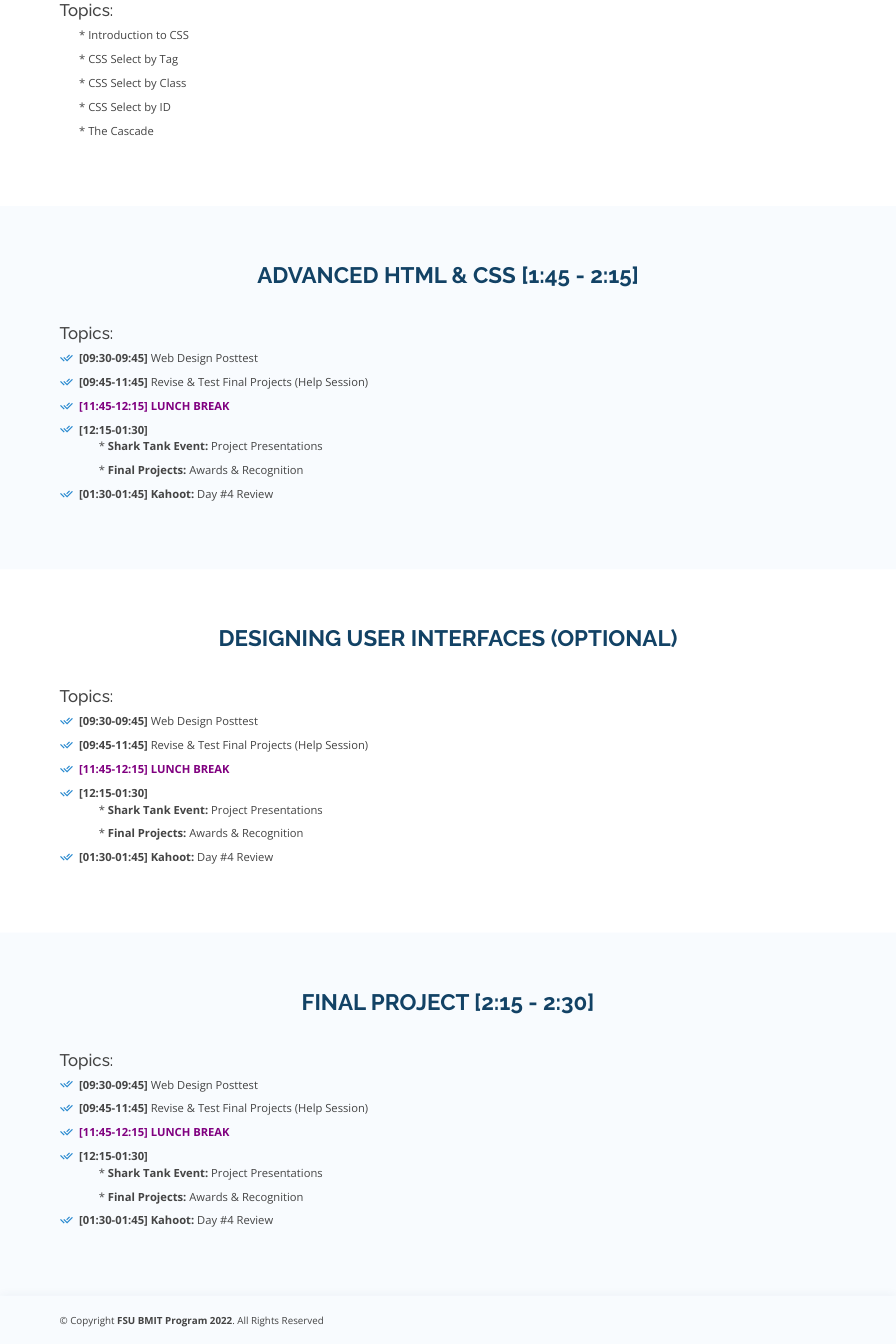
Repository: cchatmon/BMIT-Program
Page: BMIT_OnePage/index.html
The author's editor kept a record of every edit. The page is drawn from the files as they stood at one moment, then again after the next edit.
The browser window is 1280 px wide. The pictures show the part of the page from y = 1706 to 3626 px (the page is 3626 px tall before and 3568 px after), at 70% of full size.
Backgrounds fixed to the window are drawn as part of the page.

Above is the page before.

### BMIT_OnePage/index.html
<!DOCTYPE html>
<html lang="en">

<head>
  <meta charset="utf-8">
  <meta content="width=device-width, initial-scale=1.0" name="viewport">

  <title>FSU BMIT Program</title>
  <meta content="" name="descriptison">
  <meta content="" name="keywords">

  <!-- Favicons -->
  <link href="assets/img/favicon.png" rel="icon">
  <link href="assets/img/apple-touch-icon.png" rel="apple-touch-icon">

  <!-- Google Fonts -->
  <link href="https://fonts.googleapis.com/css?family=Open+Sans:300,300i,400,400i,600,600i,700,700i|Raleway:300,300i,400,400i,500,500i,600,600i,700,700i|Poppins:300,300i,400,400i,500,500i,600,600i,700,700i" rel="stylesheet">

  <!-- Vendor CSS Files -->
  <link href="assets/vendor/bootstrap/css/bootstrap.min.css" rel="stylesheet">
  <link href="assets/vendor/icofont/icofont.min.css" rel="stylesheet">
  <link href="assets/vendor/boxicons/css/boxicons.min.css" rel="stylesheet">
  <link href="assets/vendor/remixicon/remixicon.css" rel="stylesheet">
  <link href="assets/vendor/venobox/venobox.css" rel="stylesheet">
  <link href="assets/vendor/owl.carousel/assets/owl.carousel.min.css" rel="stylesheet">
  <link href="assets/vendor/aos/aos.css" rel="stylesheet">

  <!-- Template Main CSS File -->
  <link href="assets/css/style.css" rel="stylesheet">

  <!-- =======================================================
  * Template Name: OnePage - v2.0.0
  * Template URL: https://bootstrapmade.com/onepage-multipurpose-bootstrap-template/
  * Author: BootstrapMade.com
  * License: https://bootstrapmade.com/license/
  ======================================================== -->
</head>

<body>

  <!-- ======= Header ======= -->
  <header id="header" class="fixed-top">
    <div class="container d-flex align-items-center">

      <h1 class="logo mr-auto"><a href="index.html">FSU BMIT Program</a></h1>
      <!-- Uncomment below if you prefer to use an image logo -->
      <!-- <a href="index.html" class="logo mr-auto"><img src="assets/img/logo.png" alt="" class="img-fluid"></a>-->

      <nav class="nav-menu d-none d-lg-block">
        <ul>
          <li><a href="#getStarted">Getting Started</a></li>
          <li><a href="#htmlStructure">HTML - Structuring Websites</a></li>
          <li><a href="#cssStyling">CSS - Styling Websites</a></li>
          <li><a href="#advanceHTML">Advance HTML & CSS</a></li>
          <li><a href="#userInterface">Designing User Interfaces</a></li>
          <li><a href="#finalProject">Final Project</a></li>
        </ul>
      </nav><!-- .nav-menu -->
    </div>
  </header><!-- End Header -->

  <!-- ======= Hero Section ======= -->
  <section id="hero" class="d-flex align-items-center">
    <div class="container position-relative" data-aos="fade-up" data-aos-delay="100">
      <div class="row justify-content-center">
        <div class="col-xl-7 col-lg-9 text-center">
          <h1>BMIT Web Design Training</h1>
          <h2>Instructor:  Christy Chatmon</h2>
        </div>
      </div>
      </div>
  </section><!-- End Hero -->

  <main id="main">

    <!-- ======= Get Started ======= -->
    <section id="getStarted" class="about">
      <div class="container" data-aos="fade-up">

        <div class="section-title">
          <h2>Getting Started [11:45 - 12:15]</h2>
          <p>Getting Started & Structuring Websites using HTML </p>
        </div>

        <div class="row content">
          <div class="col-lg-12">
            <p>In today's world, web pages are the most common medium for sharing ideas and information.  Learning to design websites is an incredibly useful skill for any career path. The CodeHS Web Design course is a project-based course that teaches students how to build their own web pages. Students will learn the languages HTML and CSS, and will create their own live homepages to serve as portfolios of their creations. By the end of this session, students will be able to explain how web pages are developed and viewed on the Internet,analyze and fix errors in existing websites, and create their very own multi-page websites.  Students will learn the foundations of user interface design, rapid prototyping and user testing,and will work to create professional, mobile responsive websites.
            </p>
            <ul>
              <li><i class="ri-check-double-line"></i>introductions & CodeHS
                  <ul>
                    <li>* <a href="https://codehs.com/go/6C265"><u>Click to go to CodeHS</u></a></li>
                    <li>* Use the following code to join the class:  <b style="color:red;">6C265</b></li>
                    <li>* Web Development Resources:
                          <ul>
                            <li><a href="https://www.w3schools.com/">-- <u>w3schools Online Web Tutorials</u></a></li>
                            <li><a href="https://www.tutorialspoint.com/html/index.htm">-- <u>Tutorialspoint</u></a></li>
                            <li><a href="https://html.com/">-- <u>Learn HTML Code, Tags & CSS</u></a></li>
                          </ul>
                    </li>
                  </ul>
              </li>

              <li><i class="ri-check-double-line"></i><b>[12:15-12:30]</b> Web Design Pretest (15 questions)</li>


            </ul>
          </div>
        </div>
      </div>
    </section>    <!-- =======END Get Started ======= -->


    <!-- ======= HTML Structure ======= -->
    <section id="htmlStructure" class="services section-bg">
      <div class="container" data-aos="fade-up">

        <div class="section-title">
          <h2>HTML - Structuring Websites [12:15 - 1:00]</h2>
        </div>


        <div class="row content">
          <div class="col-lg-12">

            <h4>Topics:</h4>
            <ul>
                  <ul>
                    <li>* Introduction to HTML </li>
                    <li>* Structure of an HTML page </li>
                    <li>* Formatting Text </li>
                    <li>* Links </li>
                    <li>* Images </li>
                    <li>* Copyright </li>
                    <li>* HTML Lists </li>
                    <li>* HTML Styling </li>
                  </ul>
                </li>
            </ul>
          </div>
        </div>
      </div>
    </section>    <!-- ======= END HTML Structure ======= -->

    <!-- ======= CSS Styling ======= -->
    <section id="cssStyling" class="portfolio">
      <div class="container" data-aos="fade-up">

        <div class="section-title">
          <h2>CSS - Styling Websites [1:00 - 1:45]</h2>
        </div>


        <div class="row content">
          <div class="col-lg-12">

           <h4>Topics:</h4>
            <ul>
                  <ul>
                    <li>* Introduction to CSS</li>
                    <li>* CSS Select by Tag</li>
                    <li>* CSS Select by Class</li>
                    <li>* CSS Select by ID</li>
                    <li>* The Cascade</li>
                  </ul>

            </ul>
          </div>
        </div>
      </div>
    </section>    <!-- ======= END CSS Styling ======= -->

    <!-- ======= Advance HTML & CSS ======= -->
    <section id="advanceHTML" class="team section-bg">
      <div class="container" data-aos="fade-up">

        <div class="section-title">
          <h2>Advanced HTML & CSS [1:45 - 2:15]</h2>
        </div>


        <div class="row content">
          <div class="col-lg-12">

            <h4>Topics:</h4>

            <ul>
               <li><i class="ri-check-double-line"></i><b>[09:30-09:45]</b> Web Design Posttest</li>

              <li><i class="ri-check-double-line"></i><b>[09:45-11:45]</b> Revise & Test Final Projects (Help Session)
                </li>
                <li><i class="ri-check-double-line"></i><b style="color:purple;">[11:45-12:15]  LUNCH BREAK </b>
                </li>
                <li><i class="ri-check-double-line"></i><b>[12:15-01:30]</b>
                <ul>
                    <li>*  <b>Shark Tank Event:</b>  Project Presentations  </li>

                    <li>*  <b>Final Projects:  </b>Awards & Recognition  </li>
                  </ul>
              </li>
                <li><i class="ri-check-double-line"></i><b>[01:30-01:45]  Kahoot:</b>  Day #4 Review
              </li>

            </ul>
          </div>
        </div>
      </div>
    </section>    <!-- ======= END Advance HTML & CSS ======= -->

        <!-- ======= Designing User Interfaces ======= -->
    <section id="userInterface" class="about">
      <div class="container" data-aos="fade-up">

        <div class="section-title">
          <h2>Designing User Interfaces (Optional)</h2>
        </div>


        <div class="row content">
          <div class="col-lg-12">

            <h4>Topics:</h4>

            <ul>
               <li><i class="ri-check-double-line"></i><b>[09:30-09:45]</b> Web Design Posttest</li>

              <li><i class="ri-check-double-line"></i><b>[09:45-11:45]</b> Revise & Test Final Projects (Help Session)
                </li>
                <li><i class="ri-check-double-line"></i><b style="color:purple;">[11:45-12:15]  LUNCH BREAK </b>
                </li>
                <li><i class="ri-check-double-line"></i><b>[12:15-01:30]</b>
                <ul>
                    <li>*  <b>Shark Tank Event:</b>  Project Presentations  </li>

                    <li>*  <b>Final Projects:  </b>Awards & Recognition  </li>
                  </ul>
              </li>
                <li><i class="ri-check-double-line"></i><b>[01:30-01:45]  Kahoot:</b>  Day #4 Review
              </li>

            </ul>
          </div>
        </div>
      </div>
    </section><!-- ======= END Designing User Interfaces ======= -->

    <!-- ======= Final Project ======= -->
    <section id="finalProject" class="team section-bg">
      <div class="container" data-aos="fade-up">

        <div class="section-title">
          <h2>Final Project [2:15 - 2:30]</h2>
        </div>


        <div class="row content">
          <div class="col-lg-12">

           <h4>Topics:</h4>

            <ul>
               <li><i class="ri-check-double-line"></i><b>[09:30-09:45]</b> Web Design Posttest</li>

              <li><i class="ri-check-double-line"></i><b>[09:45-11:45]</b> Revise & Test Final Projects (Help Session)
                </li>
                <li><i class="ri-check-double-line"></i><b style="color:purple;">[11:45-12:15]  LUNCH BREAK </b>
                </li>
                <li><i class="ri-check-double-line"></i><b>[12:15-01:30]</b>
                <ul>
                    <li>*  <b>Shark Tank Event:</b>  Project Presentations  </li>

                    <li>*  <b>Final Projects:  </b>Awards & Recognition  </li>
                  </ul>
              </li>
                <li><i class="ri-check-double-line"></i><b>[01:30-01:45]  Kahoot:</b>  Day #4 Review
              </li>

            </ul>
          </div>
        </div>
      </div>
    </section> <!-- ======= END Final Project ======= -->


  </main><!-- End #main -->

  <!-- ======= Footer ======= -->
  <footer id="footer">

    <div class="container d-md-flex py-4">

      <div class="mr-md-auto text-center text-md-left">
        <div class="copyright">
          &copy; Copyright <strong><span>FSU BMIT Program 2022</span></strong>. All Rights Reserved
        </div>

  </footer><!-- End Footer -->

  <a href="#" class="back-to-top"><i class="ri-arrow-up-line"></i></a>
  <div id="preloader"></div>

  <!-- Vendor JS Files -->
  <script src="assets/vendor/jquery/jquery.min.js"></script>
  <script src="assets/vendor/bootstrap/js/bootstrap.bundle.min.js"></script>
  <script src="assets/vendor/jquery.easing/jquery.easing.min.js"></script>
  <script src="assets/vendor/php-email-form/validate.js"></script>
  <script src="assets/vendor/waypoints/jquery.waypoints.min.js"></script>
  <script src="assets/vendor/counterup/counterup.min.js"></script>
  <script src="assets/vendor/venobox/venobox.min.js"></script>
  <script src="assets/vendor/owl.carousel/owl.carousel.min.js"></script>
  <script src="assets/vendor/isotope-layout/isotope.pkgd.min.js"></script>
  <script src="assets/vendor/aos/aos.js"></script>

  <!-- Template Main JS File -->
  <script src="assets/js/main.js"></script>

</body>

</html>

Loaded but not shown: BMIT_OnePage/assets/vendor/bootstrap/css/bootstrap.min.css (library); BMIT_OnePage/assets/vendor/icofont/icofont.min.css (library); BMIT_OnePage/assets/vendor/boxicons/css/boxicons.min.css (library); BMIT_OnePage/assets/vendor/remixicon/remixicon.css (library); BMIT_OnePage/assets/vendor/venobox/venobox.css (library); BMIT_OnePage/assets/vendor/owl.carousel/assets/owl.carousel.min.css (library); BMIT_OnePage/assets/vendor/aos/aos.css (library); BMIT_OnePage/assets/vendor/jquery/jquery.min.js (library); BMIT_OnePage/assets/vendor/bootstrap/js/bootstrap.bundle.min.js (library); BMIT_OnePage/assets/vendor/jquery.easing/jquery.easing.min.js (common file); BMIT_OnePage/assets/vendor/php-email-form/validate.js (library); BMIT_OnePage/assets/vendor/waypoints/jquery.waypoints.min.js (library); BMIT_OnePage/assets/vendor/counterup/counterup.min.js (common file); BMIT_OnePage/assets/vendor/venobox/venobox.min.js (library); BMIT_OnePage/assets/vendor/owl.carousel/owl.carousel.min.js (library); BMIT_OnePage/assets/vendor/isotope-layout/isotope.pkgd.min.js (library); BMIT_OnePage/assets/vendor/aos/aos.js (library); BMIT_OnePage/assets/js/main.js (207 lines, source omitted); BMIT_OnePage/assets/css/style.css (2029 lines, source omitted)

After the next edit:
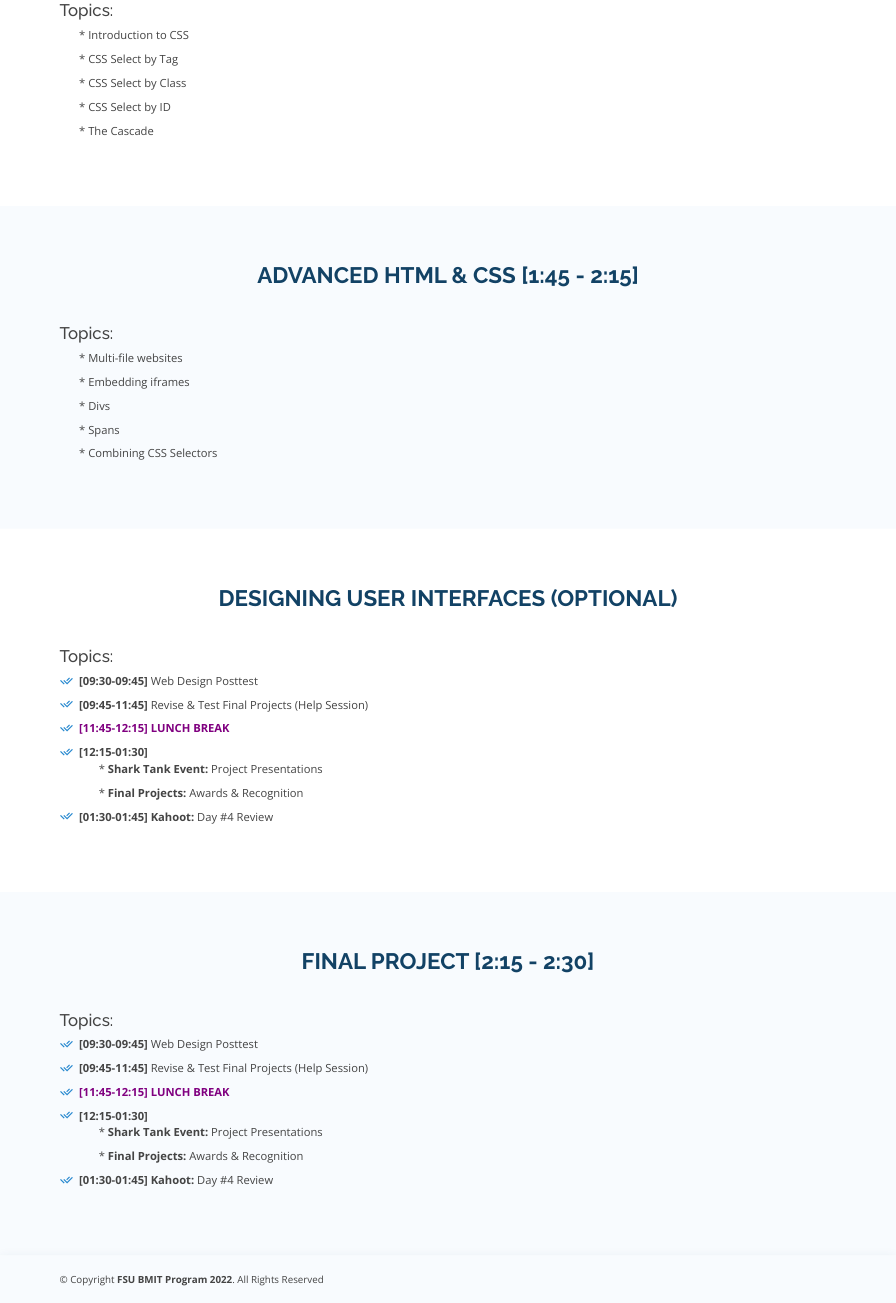
The edit:
--- a/BMIT_OnePage/index.html
+++ b/BMIT_OnePage/index.html
@@ -185,21 +185,14 @@
             <h4>Topics:</h4>
 
             <ul>
-               <li><i class="ri-check-double-line"></i><b>[09:30-09:45]</b> Web Design Posttest</li>
-
-              <li><i class="ri-check-double-line"></i><b>[09:45-11:45]</b> Revise & Test Final Projects (Help Session)
-                </li>
-                <li><i class="ri-check-double-line"></i><b style="color:purple;">[11:45-12:15]  LUNCH BREAK </b>
-                </li>
-                <li><i class="ri-check-double-line"></i><b>[12:15-01:30]</b>
-                <ul>
-                    <li>*  <b>Shark Tank Event:</b>  Project Presentations  </li>
-
-                    <li>*  <b>Final Projects:  </b>Awards & Recognition  </li>
-                  </ul>
-              </li>
-                <li><i class="ri-check-double-line"></i><b>[01:30-01:45]  Kahoot:</b>  Day #4 Review
-              </li>
+            <ul>
+                  <ul>
+                    <li>* Multi-file websites</li>
+                    <li>* Embedding iframes</li>
+                    <li>* Divs</li>
+                    <li>* Spans</li>
+                    <li>* Combining CSS Selectors</li>
+                  </ul>
 
             </ul>
           </div>
